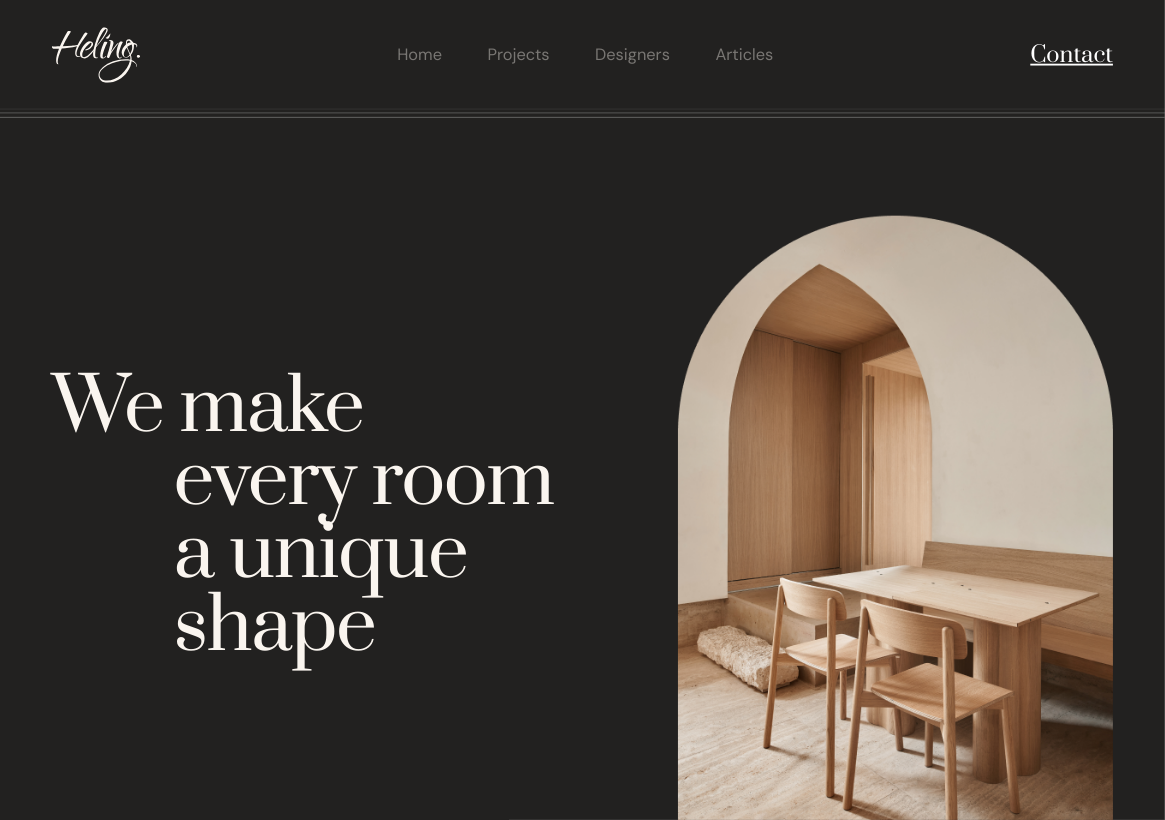
Repository: vandangnhathung/healingui_website
Page: /
These files come from the project's save history. The page is drawn as it stood at one moment and after the next save; the edit follows.
The browser window is 1280 px wide. The pictures show the whole page, at 91% of full size.
The project was rebuilt for these pictures with package versions that can differ from the ones it lists, and the page was loaded fresh each time.

Above is the page before, as saved 2022-03-16 13:35:24.

After the next save:
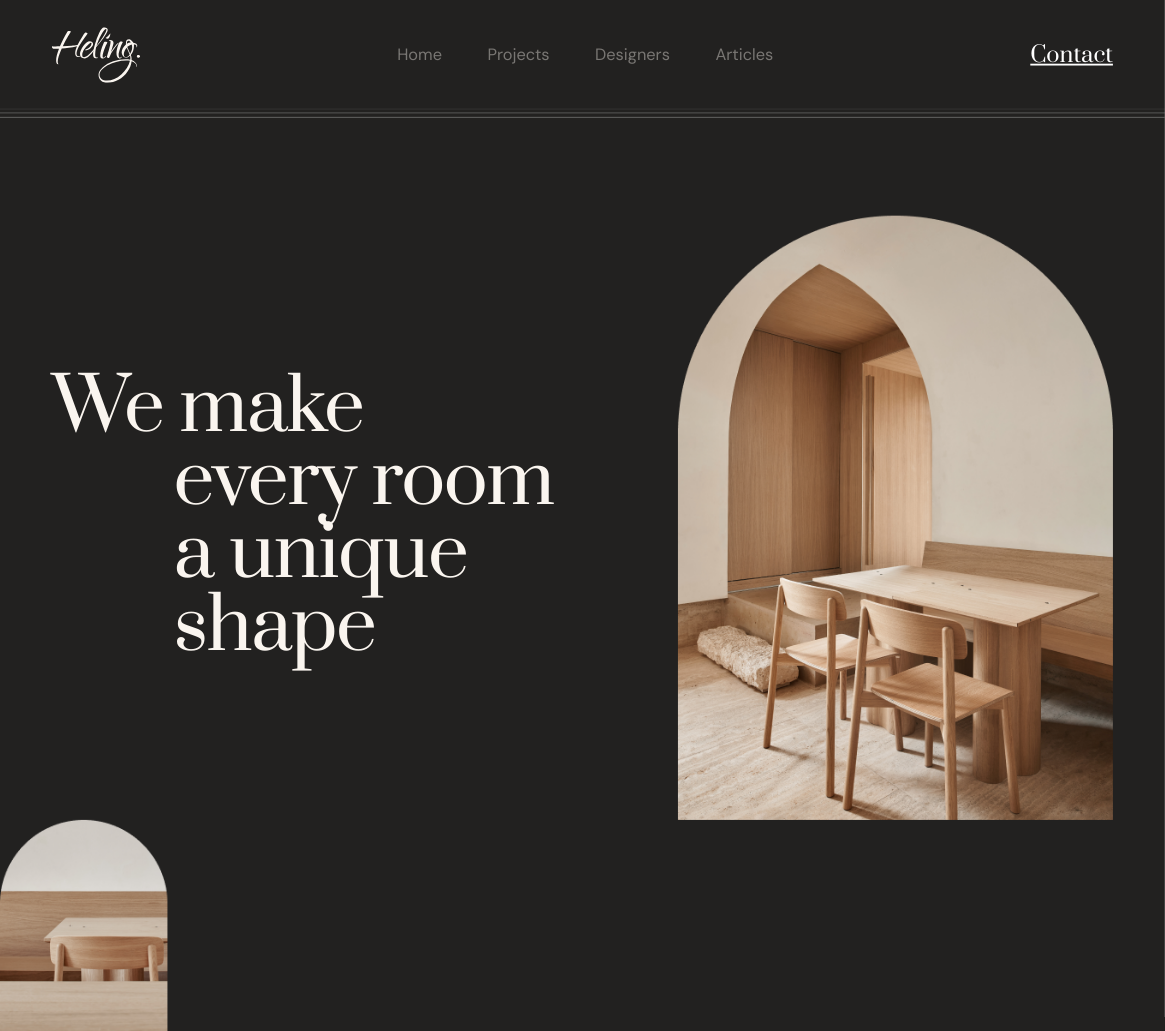
Saved 12 s later.
--- a/src/components/Container/Container.js
+++ b/src/components/Container/Container.js
@@ -43,6 +43,7 @@ const Container = () => {
           <Image1Div src={Image1} alt="" />
         </div>
       </Container>
+      <img src={Image2} alt="" />
     </StyledContainer>
   );
 };
